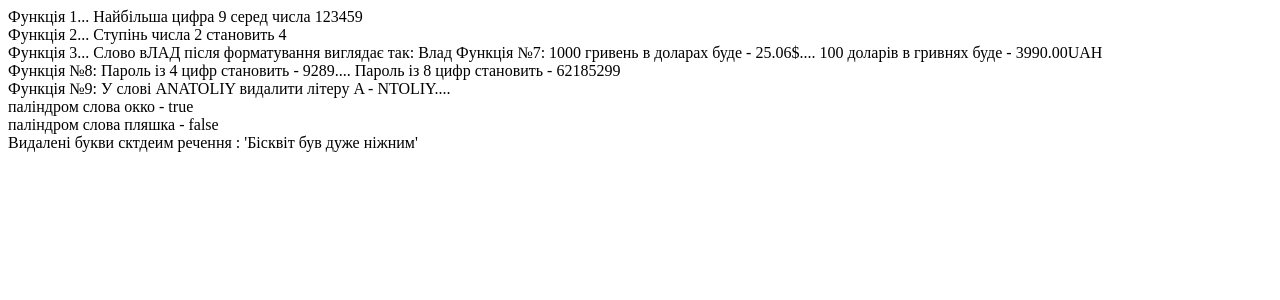
Repository: batonAnton/cursor_js_hw_3
Page: index.html
These files come from the project's save history. The page is drawn as it stood at one moment and after the next save; the edit follows.
The browser window is 1280 px wide. The pictures show the whole page.

Above is the page before, as saved 2022-08-31 15:30:35.

### index.html
<!DOCTYPE html>
<html lang="en">
<head>
    <meta charset="UTF-8">
    <meta http-equiv="X-UA-Compatible" content="IE=edge">
    <meta name="viewport" content="width=device-width, initial-scale=1.0">
    <title>Hw_3  function</title>
</head>
<body>
    <script src="./js/index.js"></script>
</body>
</html>

### js/index.js
// first task
function getMaxDigit(argNew){
    let varNew  = argNew.toString().split('');
    let bigNum = varNew[0];
    for (let i = 0; i < varNew.length; i++) {
        if(varNew[i] > bigNum ) bigNum = varNew [i];

    } return bigNum;
}
let argNew = 123459;
document.writeln(`Функція 1... Найбільша цифра ${getMaxDigit(argNew)} серед числа ${argNew}`);



// 2 task
function exponentDigit(a,b){

    let res = 1;
    for(let i = 0; i < b; i++ ){
        res *= a;
    }return res;
}
let a = 2;
let b = 2;
document.writeln(` <br> Функція 2... Ступінь числа ${a} становить   ${exponentDigit(a,b)} `);


// 3 task

function nameChange(name) {
    return  name.charAt(0).toUpperCase() +  name.slice(1).toLowerCase();
  }

let name = "вЛАД";
document.writeln(` <br> Функція 3... Слово ${name} після форматування виглядає так:   ${nameChange(name)} `);


// 4 task

// function calcPercentage( percentageSalary = 19.5){
//     let firstNum = prompt("Сума зарплати ");
//     return firstNum - ((percentageSalary * 1000) * 0.100 / 10);


// }
// console.log(calcPercentage());

// 5 task
function randomRange(minValue,maxValue){

    return Math.ceil(Math.random() * (maxValue - minValue)) + minValue;
}

console.log(randomRange(1,5));

// 6 task

function repeatLetter( str )
{

  for( let i = 0 ;i < str.length ;i++)
  {
    let count = 0;
    for( let j = 0 ;j < str.length ;j++)
    {
      if( str[i] == str[j] && i > j  )
      {
       break;
      }
      if( str[i] == str[j]  )
      {
        count++;
      }
    }
    if( count > 0)
    console.log(`${str[i].toUpperCase()} повторюється  ${count} рази`);
  }

}


let test_str = "укулеле";
console.log("У слові " + " " + test_str + " " + "слова повторюються :");
repeatLetter( test_str);

// 7 task

function convertCurrency (typeValue){
    let dollars = 39.9;
    let res;
        if (typeValue.includes("UAH")) {
            res =   (+typeValue.slice(0, typeValue.indexOf("UAH")) / dollars).toFixed(2) + "$";

          } else if (typeValue.includes("$")) {
            res = (+typeValue.slice(0, typeValue.indexOf("$")) * dollars).toFixed(2) + "UAH";
          } else {
            alert("тільки долари і гривні");
          } return res;


}


let typeValue="1000 UAH";

document.writeln(`Функція №7: 1000 гривень в доларах буде - ${convertCurrency(typeValue)}....`);
typeValue = "100$";
document.writeln(`100 доларів в гривнях  буде - ${convertCurrency(typeValue)} `);

// 9 task
 function getRandomPassword(arg,arg2){

  let result = '';

      for(let i = 0; i < arg; i++){
        result +=(Math.random() * 10).toFixed();
      }
      return result;


        for(let i = 0; i < arg2; i++){
          result+= (Math.random() * 10).toFixed();

        }
        return result;


 }
 const arg = 4;
  const arg2 = 8;
 console.log(getRandomPassword());
 document.writeln(`<br> Функція №8: Пароль із  4 цифр становить - ${getRandomPassword(arg)}....`);
 document.writeln(`  Пароль із  8 цифр становить - ${getRandomPassword(arg2)}`);

//  task 9
//
function deleteLetters(removeLetter, exampleWord) {
  let result = '';
  for (let i = 0; i < exampleWord.length; i++) {
    exampleWord[i] == removeLetter ? result:( result += exampleWord[i]);
  }
  return result;
}

const removeLetter = "A";
const exampleWord = "ANATOLIY";
document.writeln(`<br> Функція №9: У слові ${ exampleWord} видалити літеру ${ removeLetter} - ${deleteLetters(removeLetter, exampleWord)}....`);

// task 10
function isPalindrom(checkWord){
   let result = true;
  for(i = 1; i - 1 < checkWord.length - i ; i++){
    if(checkWord[i-1] !== checkWord[checkWord.length-i])
    return false;
  }
  return result=true;
  for(i = 1; i - 1 < checkWord2.length - i ; i++){
    if(checkWord2[i-1] !== checkWord2[checkWord2.length-i])
    return false;
  }
  return result=true;
}




let checkWord = "окко";
let checkWord2 = "пляшка";
console.log(isPalindrom(checkWord));
document.writeln(`<br>  паліндром слова ${checkWord} - ${isPalindrom(checkWord)}`);
document.writeln(`<br>  паліндром слова ${checkWord2} - ${isPalindrom(checkWord2)}`);


// task 10
function deleteDuplicateLetter(previousString){
let newString = "";
let allLowerCase = previousString.toLowerCase();
    for ( i = 0; i < allLowerCase.length; i++) {
        if (allLowerCase.lastIndexOf(allLowerCase[i]) === allLowerCase.indexOf(allLowerCase[i])) {
            newString += allLowerCase[i]
        }
        else {
          newString;
        }
    }
    return newString;
}

let previousString = "'Бісквіт був дуже ніжним'";
console.log(deleteDuplicateLetter(previousString));

document.writeln(`<br>  Видалені букви ${deleteDuplicateLetter(previousString)} речення : ${previousString}`);

After the next save:
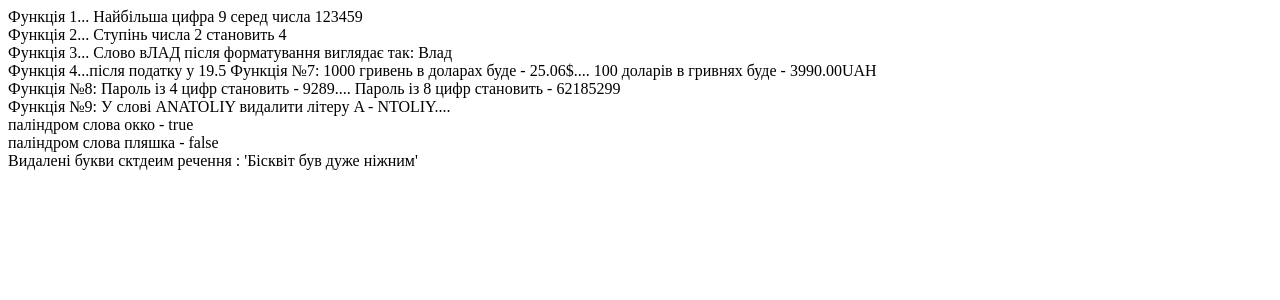
Saved 5 min 15 s later.
--- a/js/index.js
+++ b/js/index.js
@@ -37,13 +37,18 @@ document.writeln(` <br> Функція 3... Слово ${name} після фор
 
 // 4 task
 
-// function calcPercentage( percentageSalary = 19.5){
-//     let firstNum = prompt("Сума зарплати ");
-//     return firstNum - ((percentageSalary * 1000) * 0.100 / 10);
+function calcPercentage( sum,percentageSalary){
+  let result =sum - ((percentageSalary * 1000) * 0.100 / 10);
+    return  result;
 
 
-// }
-// console.log(calcPercentage());
+}
+const percentageSalary = 19.5;
+let sum = 1000;
+
+console.log(calcPercentage(sum,percentageSalary));
+document.writeln(` <br> Функція 4...після податку у ${percentageSalary}  `);
+
 
 // 5 task
 function randomRange(minValue,maxValue){
